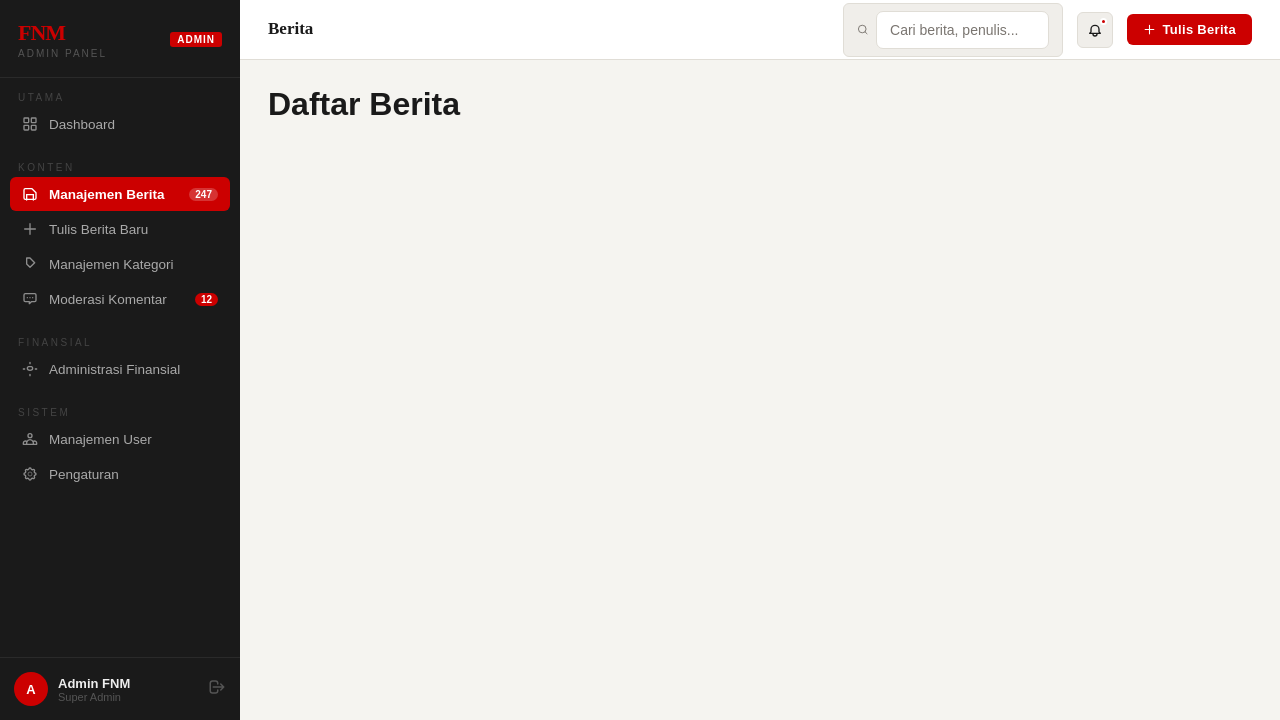
Repository: KrisnaKintaro/fnmtv
Page: http://localhost/admin/news
These files come from the project's save history. The page is drawn as it stood at one moment and after the next save; the edit follows.
The browser window is 1280 px wide. The pictures show the whole page.
Some web fonts or font styles are not loaded; a fallback is used. The page is served by the project's Laravel application, run on PHP 8.4 with Laravel 12. Other server files are loaded and not shown.

Above is the page before, as saved 2026-03-10 23:39:06.

### routes/web.php
<?php

use Illuminate\Support\Facades\Route;
use App\Http\Controllers\AuthController;
use App\Http\Controllers\DashboardController;
use App\Http\Controllers\NewsController;
use App\Http\Controllers\HomeController;
use App\Http\Controllers\CategoryController;
use App\Http\Controllers\SearchController;
use App\Http\Controllers\AdminNews;
use App\Http\Controllers\AdminCategory;
use App\Http\Controllers\AdminComment;
use App\Http\Controllers\FinanceController;
use App\Http\Controllers\UserController;

// default route removed; home route defined later

// ============================================
// UC-01: LOGIN ADMIN
// ============================================
Route::get('/admin/login', [AuthController::class, 'showLogin'])
    ->name('admin.login')
    ->middleware('guest');

Route::post('/admin/login', [AuthController::class, 'login'])
    ->name('admin.login.post');

Route::post('/admin/logout', [AuthController::class, 'logout'])
    ->name('admin.logout')
    ->middleware('auth');

// ============================================
// ADMIN ROUTES (semua dilindungi auth + isAdmin)
// ============================================
Route::prefix('admin')
    ->name('admin.')
    // middleware removed for demo; add auth/isAdmin later
    ->group(function () {

        // shortcut /admin → dashboard
        Route::get('/', function(){ return redirect()->route('admin.dashboard'); });

        // UC-07: Dashboard Statistik
        Route::get('/dashboard', [DashboardController::class, 'index'])
            ->name('dashboard');

        // UC-02: Manajemen Berita
        Route::resource('news', AdminNews::class);

        // UC-04: Toggle status publikasi (Draft/Published)
        Route::patch('/news/{news}/toggle-status', [AdminNews::class, 'toggleStatus'])
            ->name('news.toggle-status');

        // UC-03: Manajemen Kategori
        Route::resource('categories', AdminCategory::class);

        // UC-06: Moderasi Komentar
        Route::resource('comments', AdminComment::class)->only(['index', 'destroy']);
        Route::patch('/comments/{comment}/approve', [AdminComment::class, 'approve'])
            ->name('comments.approve');

        // UC-05: Administrasi Finansial
        Route::resource('finance', FinanceController::class);
        Route::patch('/finance/{finance}/toggle-payment', [FinanceController::class, 'togglePayment'])
            ->name('finance.toggle-payment');

        // Manajemen User
        Route::resource('users', UserController::class);
    });

// ============================================
// VIEWER / PUBLIC ROUTES
// ============================================

// UC-08: Halaman utama - berita terbaru
Route::get('/', [HomeController::class, 'index'])->name('home');

// UC-09: Navigasi Kategori
Route::get('/kategori/{slug}', [CategoryController::class, 'show'])
    ->name('category.show');

// UC-10: Pencarian Berita
Route::get('/cari', [SearchController::class, 'index'])
    ->name('search');

// UC-11: Berita Trending
Route::get('/trending', [HomeController::class, 'trending'])
    ->name('trending');

// UC-14: Halaman detail berita (view counter dicatat di sini)
Route::get('/berita/{slug}', [NewsController::class, 'show'])
    ->name('news.show');

### app/Http/Controllers/AdminNews.php
<?php

namespace App\Http\Controllers;

use Illuminate\Http\Request;

class AdminNews extends Controller
{
    public function index() { return view('admin.news.index'); }
    public function create() { return view('admin.news.create'); }
    public function store(Request $r) { return redirect()->back(); }
    public function show($id) { return redirect()->route('admin.news.index'); }
    public function edit($id) { return view('admin.news.edit'); }
    public function update(Request $r, $id) { return redirect()->back(); }
    public function destroy($id) { return redirect()->back(); }
    public function toggleStatus($id) { return redirect()->back(); }
}

### resources/views/admin/news/index.blade.php
@extends('layouts.master')

@section('title','Manajemen Berita')
@section('page_title','Berita')

@section('content')
<div class="page active">
    <h1>Daftar Berita</h1>
    <!-- tabel berita / actions -->
</div>
@endsection

### resources/views/layouts/master.blade.php
{{-- resources/views/layouts/master.blade.php --}}
<!DOCTYPE html>
<html lang="id">
<head>
    <meta charset="UTF-8">
    <meta name="viewport" content="width=device-width, initial-scale=1.0">
    <meta name="csrf-token" content="{{ csrf_token() }}">
    <title>FNM — @yield('title', 'Fenomena News Media')</title>

    <link href="https://fonts.googleapis.com/css2?family=Merriweather:wght@400;700;900&family=Source+Sans+3:wght@400;500;600;700&family=JetBrains+Mono:wght@400;500&display=swap" rel="stylesheet">

    {{-- CSS kondisional: admin atau viewer --}}
    @if(request()->is('admin*'))
        <link rel="stylesheet" href="{{ asset('Admin/css/admin.css') }}">
    @else
        <link rel="stylesheet" href="{{ asset('Viewers/css/viewers.css') }}">
    @endif

    {{-- CSS tambahan per halaman --}}
    @stack('styles')
</head>
<body>

    {{-- Layout beda antara admin dan viewer --}}
    @if(request()->is('admin*'))

        {{-- ===== LAYOUT ADMIN ===== --}}
        @include('layouts.partials.admin-sidebar')
        <main class="main">
            @include('layouts.partials.admin-topbar')
            <div class="content">
                @yield('content')
            </div>
        </main>

    @else

        {{-- ===== LAYOUT VIEWER ===== --}}
        @include('layouts.partials.viewer-topstrip')
        @include('layouts.partials.viewer-header')
        @include('layouts.partials.viewer-navbar')
        <main>
            @yield('content')
        </main>
        @include('layouts.partials.viewer-footer')

    @endif

    {{-- JS kondisional --}}
    @if(request()->is('admin*'))
        <script src="{{ asset('Admin/js/admin.js') }}"></script>
    @else
        <script src="{{ asset('Viewers/js/viewers.js') }}"></script>
    @endif

    {{-- JS tambahan per halaman --}}
    @stack('scripts')

</body>
</html>

### resources/views/layouts/partials/admin-sidebar.blade.php
{{-- Admin sidebar menu --}}
<aside class="sidebar" id="sidebar">
  <div class="s-brand">
    <div>
      <div class="s-logo">FNM</div>
      <div class="s-tag">Admin Panel</div>
    </div>
    <div class="s-admin-badge">Admin</div>
  </div>

  <div class="s-section">
    <div class="s-label">Utama</div>
    <a href="{{ route('admin.dashboard') }}" onclick="showPage('dashboard',this)" class="s-item {{ request()->routeIs('admin.dashboard') ? 'active' : '' }}">
      <svg fill="none" stroke="currentColor" viewBox="0 0 24 24"><rect x="3" y="3" width="7" height="7" rx="1" stroke-width="2"/><rect x="14" y="3" width="7" height="7" rx="1" stroke-width="2"/><rect x="3" y="14" width="7" height="7" rx="1" stroke-width="2"/><rect x="14" y="14" width="7" height="7" rx="1" stroke-width="2"/></svg>
      Dashboard
    </a>
  </div>

  <div class="s-section">
    <div class="s-label">Konten</div>
    <a href="{{ route('admin.news.index') }}" onclick="showPage('news-list',this)" class="s-item {{ request()->routeIs('admin.news*') ? 'active' : '' }}">
      <svg fill="none" stroke="currentColor" viewBox="0 0 24 24"><path stroke-linecap="round" stroke-linejoin="round" stroke-width="2" d="M19 20H5a2 2 0 01-2-2V6a2 2 0 012-2h10l6 6v8a2 2 0 01-2 2z"/><polyline points="17 21 17 13 7 13 7 21" stroke-width="2" stroke-linecap="round"/></svg>
      Manajemen Berita
      <span class="s-badge">247</span>
    </a>
    <a href="" onclick="showPage('write-news',this)" class="s-item">
      <svg fill="none" stroke="currentColor" viewBox="0 0 24 24"><path stroke-linecap="round" stroke-linejoin="round" stroke-width="2" d="M12 4v16m8-8H4"/></svg>
      Tulis Berita Baru
    </a>
    <a href="{{ route('admin.categories.index') }}" onclick="showPage('categories',this)" class="s-item {{ request()->routeIs('admin.categories*') ? 'active' : '' }}">
      <svg fill="none" stroke="currentColor" viewBox="0 0 24 24"><path stroke-linecap="round" stroke-linejoin="round" stroke-width="2" d="M7 7h.01M7 3h5l7 7-7 7-5-5V3z"/></svg>
      Manajemen Kategori
    </a>
    <a href="{{ route('admin.comments.index') }}" onclick="showPage('comments',this)" class="s-item {{ request()->routeIs('admin.comments*') ? 'active' : '' }}">
      <svg fill="none" stroke="currentColor" viewBox="0 0 24 24"><path stroke-linecap="round" stroke-linejoin="round" stroke-width="2" d="M8 10h.01M12 10h.01M16 10h.01M9 16H5a2 2 0 01-2-2V6a2 2 0 012-2h14a2 2 0 012 2v8a2 2 0 01-2 2h-5l-3 3v-3z"/></svg>
      Moderasi Komentar
      <span class="s-badge" style="background:var(--red);color:#fff;">12</span>
    </a>
  </div>

  <div class="s-section">
    <div class="s-label">Finansial</div>
    <a href="{{ route('admin.finance.index') }}" onclick="showPage('finance',this)" class="s-item {{ request()->routeIs('admin.finance*') ? 'active' : '' }}">
      <svg fill="none" stroke="currentColor" viewBox="0 0 24 24"><path stroke-linecap="round" stroke-linejoin="round" stroke-width="2" d="M12 8c-2.21 0-4 1.343-4 3s1.79 3 4 3 4-1.343 4-3-1.79-3-4-3zM12 2v2m0 16v2m10-10h-2M4 12H2"/></svg>
      Administrasi Finansial
    </a>
  </div>

  <div class="s-section">
    <div class="s-label">Sistem</div>
    <a href="{{ route('admin.users.index') }}" onclick="showPage('users',this)" class="s-item {{ request()->routeIs('admin.users*') ? 'active' : '' }}">
      <svg fill="none" stroke="currentColor" viewBox="0 0 24 24"><path stroke-linecap="round" stroke-linejoin="round" stroke-width="2" d="M17 20h5v-2a3 3 0 00-5.356-1.857M17 20H7m10 0v-2c0-.656-.126-1.283-.356-1.857M7 20H2v-2a3 3 0 015.356-1.857M7 20v-2c0-.656.126-1.283.356-1.857m0 0a5.002 5.002 0 019.288 0M15 7a3 3 0 11-6 0 3 3 0 016 0z"/></svg>
      Manajemen User
    </a>
    <a href="" onclick="showPage('settings',this)" class="s-item">
      <svg fill="none" stroke="currentColor" viewBox="0 0 24 24"><path stroke-linecap="round" stroke-linejoin="round" stroke-width="2" d="M10.325 4.317c.426-1.756 2.924-1.756 3.35 0a1.724 1.724 0 002.573 1.066c1.543-.94 3.310.826 2.37 2.37a1.724 1.724 0 001.065 2.572c1.756.426 1.756 2.924 0 3.35a1.724 1.724 0 00-1.066 2.573c.94 1.543-.826 3.310-2.37 2.370a1.724 1.724 0 00-2.572 1.065c-.426 1.756-2.924 1.756-3.35 0a1.724 1.724 0 00-2.573-1.066c-1.543.94-3.310-.826-2.370-2.370a1.724 1.724 0 00-1.065-2.572c-1.756-.426-1.756-2.924 0-3.35a1.724 1.724 0 001.066-2.573c-.94-1.543.826-3.310 2.370-2.370.996.608 2.296.070 2.572-1.065z"/><circle cx="12" cy="12" r="3"/></svg>
      Pengaturan
    </a>
  </div>

  <div class="s-footer">
    <div class="s-avatar">A</div>
    <div>
      <div class="s-uname">Admin FNM</div>
      <div class="s-urole">Super Admin</div>
    </div>
    <div class="s-logout" onclick="doLogout()" title="Keluar">
      <svg width="18" height="18" fill="none" stroke="currentColor" viewBox="0 0 24 24"><path stroke-linecap="round" stroke-linejoin="round" stroke-width="2" d="M17 16l4-4m0 0l-4-4m4 4H7m6 4v1a3 3 0 01-3 3H6a3 3 0 01-3-3V7a3 3 0 013-3h4a3 3 0 013 3v1"/></svg>
    </div>
  </div>
</aside>

### resources/views/layouts/partials/admin-topbar.blade.php
{{-- Topbar shown in admin area --}}
<header class="topbar">
  <div style="flex:1">
    <div class="tb-title" id="tbTitle">@yield('page_title', 'Dashboard')</div>
    <div class="tb-breadcrumb" id="tbCrumb">@yield('breadcrumb')</div>
  </div>
  <div class="search-wrap">
    <svg width="13" height="13" fill="none" stroke="#7a7570" viewBox="0 0 24 24"><circle cx="11" cy="11" r="8" stroke-width="2"/><path d="m21 21-4.35-4.35" stroke-linecap="round" stroke-width="2"/></svg>
    <input type="text" placeholder="Cari berita, penulis...">
  </div>
  <div style="position:relative;">
    <div class="tb-icon" onclick="toggleNotif()">
      <svg width="16" height="16" fill="none" stroke="currentColor" viewBox="0 0 24 24"><path stroke-linecap="round" stroke-linejoin="round" stroke-width="2" d="M15 17h5l-1.405-1.405A2.032 2.032 0 0118 14.158V11a6 6 0 10-12 0v3.159c0 .538-.214 1.055-.595 1.436L4 17h5m6 0v1a3 3 0 11-6 0v-1m6 0H9"/></svg>
      <div class="tb-dot"></div>
    </div>
    <div class="notif-panel" id="notifPanel">
      <div class="notif-head">Notifikasi <span style="color:var(--red);">(3)</span></div>
      <div class="notif-item"><div class="notif-ico">💬</div><div class="notif-txt"><div class="notif-msg">12 komentar baru perlu dimoderasi</div><div class="notif-t">5 menit lalu</div></div></div>
      <div class="notif-item"><div class="notif-ico">📋</div><div class="notif-txt"><div class="notif-msg">3 artikel menunggu review editor</div><div class="notif-t">1 jam lalu</div></div></div>
      <div class="notif-item"><div class="notif-ico">💰</div><div class="notif-txt"><div class="notif-msg">Tagihan baru: Rp 500.000 belum dibayar</div><div class="notif-t">2 jam lalu</div></div></div>
    </div>
  </div>
  <button class="btn btn-red" onclick="showPage('write-news', null)">
    <svg width="13" height="13" fill="none" stroke="currentColor" viewBox="0 0 24 24"><path stroke-linecap="round" stroke-linejoin="round" stroke-width="2" d="M12 4v16m8-8H4"/></svg>
    Tulis Berita
  </button>
</header>

Loaded but not shown: app/Http/Controllers/Controller.php (common file); public/Admin/js/admin.js (89 lines, source omitted); public/Admin/css/admin.css (327 lines, source omitted)

After the next save:
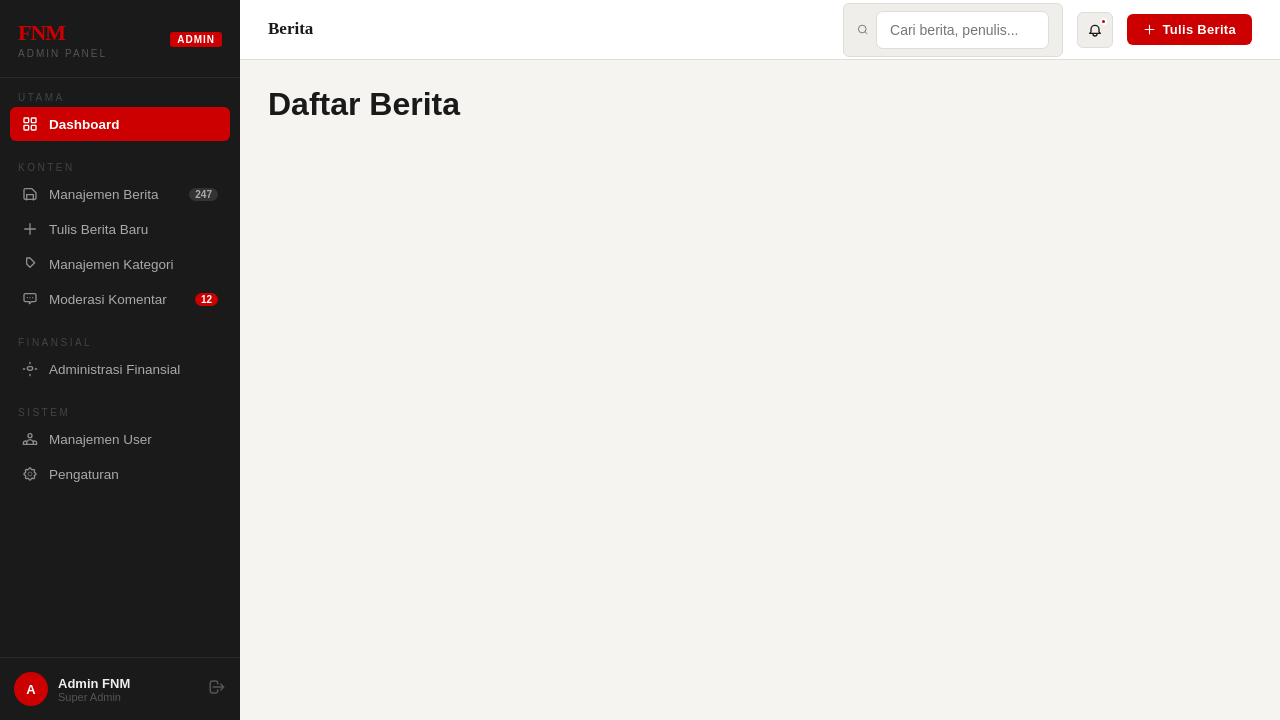
Saved 2 min 50 s later.
--- a/resources/views/layouts/partials/admin-sidebar.blade.php
+++ b/resources/views/layouts/partials/admin-sidebar.blade.php
@@ -10,7 +10,7 @@
 
   <div class="s-section">
     <div class="s-label">Utama</div>
-    <a href="{{ route('admin.dashboard') }}" onclick="showPage('dashboard',this)" class="s-item {{ request()->routeIs('admin.dashboard') ? 'active' : '' }}">
+    <a class="s-item active" onclick="showPage('dashboard',this)">
       <svg fill="none" stroke="currentColor" viewBox="0 0 24 24"><rect x="3" y="3" width="7" height="7" rx="1" stroke-width="2"/><rect x="14" y="3" width="7" height="7" rx="1" stroke-width="2"/><rect x="3" y="14" width="7" height="7" rx="1" stroke-width="2"/><rect x="14" y="14" width="7" height="7" rx="1" stroke-width="2"/></svg>
       Dashboard
     </a>
@@ -18,20 +18,20 @@
 
   <div class="s-section">
     <div class="s-label">Konten</div>
-    <a href="{{ route('admin.news.index') }}" onclick="showPage('news-list',this)" class="s-item {{ request()->routeIs('admin.news*') ? 'active' : '' }}">
+    <a class="s-item" onclick="showPage('news-list',this)">
       <svg fill="none" stroke="currentColor" viewBox="0 0 24 24"><path stroke-linecap="round" stroke-linejoin="round" stroke-width="2" d="M19 20H5a2 2 0 01-2-2V6a2 2 0 012-2h10l6 6v8a2 2 0 01-2 2z"/><polyline points="17 21 17 13 7 13 7 21" stroke-width="2" stroke-linecap="round"/></svg>
       Manajemen Berita
       <span class="s-badge">247</span>
     </a>
-    <a href="" onclick="showPage('write-news',this)" class="s-item">
+    <a class="s-item" onclick="showPage('write-news',this)">
       <svg fill="none" stroke="currentColor" viewBox="0 0 24 24"><path stroke-linecap="round" stroke-linejoin="round" stroke-width="2" d="M12 4v16m8-8H4"/></svg>
       Tulis Berita Baru
     </a>
-    <a href="{{ route('admin.categories.index') }}" onclick="showPage('categories',this)" class="s-item {{ request()->routeIs('admin.categories*') ? 'active' : '' }}">
+    <a class="s-item" onclick="showPage('categories',this)">
       <svg fill="none" stroke="currentColor" viewBox="0 0 24 24"><path stroke-linecap="round" stroke-linejoin="round" stroke-width="2" d="M7 7h.01M7 3h5l7 7-7 7-5-5V3z"/></svg>
       Manajemen Kategori
     </a>
-    <a href="{{ route('admin.comments.index') }}" onclick="showPage('comments',this)" class="s-item {{ request()->routeIs('admin.comments*') ? 'active' : '' }}">
+    <a class="s-item" onclick="showPage('comments',this)">
       <svg fill="none" stroke="currentColor" viewBox="0 0 24 24"><path stroke-linecap="round" stroke-linejoin="round" stroke-width="2" d="M8 10h.01M12 10h.01M16 10h.01M9 16H5a2 2 0 01-2-2V6a2 2 0 012-2h14a2 2 0 012 2v8a2 2 0 01-2 2h-5l-3 3v-3z"/></svg>
       Moderasi Komentar
       <span class="s-badge" style="background:var(--red);color:#fff;">12</span>
@@ -40,7 +40,7 @@
 
   <div class="s-section">
     <div class="s-label">Finansial</div>
-    <a href="{{ route('admin.finance.index') }}" onclick="showPage('finance',this)" class="s-item {{ request()->routeIs('admin.finance*') ? 'active' : '' }}">
+    <a class="s-item" onclick="showPage('finance',this)">
       <svg fill="none" stroke="currentColor" viewBox="0 0 24 24"><path stroke-linecap="round" stroke-linejoin="round" stroke-width="2" d="M12 8c-2.21 0-4 1.343-4 3s1.79 3 4 3 4-1.343 4-3-1.79-3-4-3zM12 2v2m0 16v2m10-10h-2M4 12H2"/></svg>
       Administrasi Finansial
     </a>
@@ -48,11 +48,11 @@
 
   <div class="s-section">
     <div class="s-label">Sistem</div>
-    <a href="{{ route('admin.users.index') }}" onclick="showPage('users',this)" class="s-item {{ request()->routeIs('admin.users*') ? 'active' : '' }}">
+    <a class="s-item" onclick="showPage('users',this)">
       <svg fill="none" stroke="currentColor" viewBox="0 0 24 24"><path stroke-linecap="round" stroke-linejoin="round" stroke-width="2" d="M17 20h5v-2a3 3 0 00-5.356-1.857M17 20H7m10 0v-2c0-.656-.126-1.283-.356-1.857M7 20H2v-2a3 3 0 015.356-1.857M7 20v-2c0-.656.126-1.283.356-1.857m0 0a5.002 5.002 0 019.288 0M15 7a3 3 0 11-6 0 3 3 0 016 0z"/></svg>
       Manajemen User
     </a>
-    <a href="" onclick="showPage('settings',this)" class="s-item">
+    <a class="s-item" onclick="showPage('settings',this)">
       <svg fill="none" stroke="currentColor" viewBox="0 0 24 24"><path stroke-linecap="round" stroke-linejoin="round" stroke-width="2" d="M10.325 4.317c.426-1.756 2.924-1.756 3.35 0a1.724 1.724 0 002.573 1.066c1.543-.94 3.310.826 2.37 2.37a1.724 1.724 0 001.065 2.572c1.756.426 1.756 2.924 0 3.35a1.724 1.724 0 00-1.066 2.573c.94 1.543-.826 3.310-2.37 2.370a1.724 1.724 0 00-2.572 1.065c-.426 1.756-2.924 1.756-3.35 0a1.724 1.724 0 00-2.573-1.066c-1.543.94-3.310-.826-2.370-2.370a1.724 1.724 0 00-1.065-2.572c-1.756-.426-1.756-2.924 0-3.35a1.724 1.724 0 001.066-2.573c-.94-1.543.826-3.310 2.370-2.370.996.608 2.296.070 2.572-1.065z"/><circle cx="12" cy="12" r="3"/></svg>
       Pengaturan
     </a>
